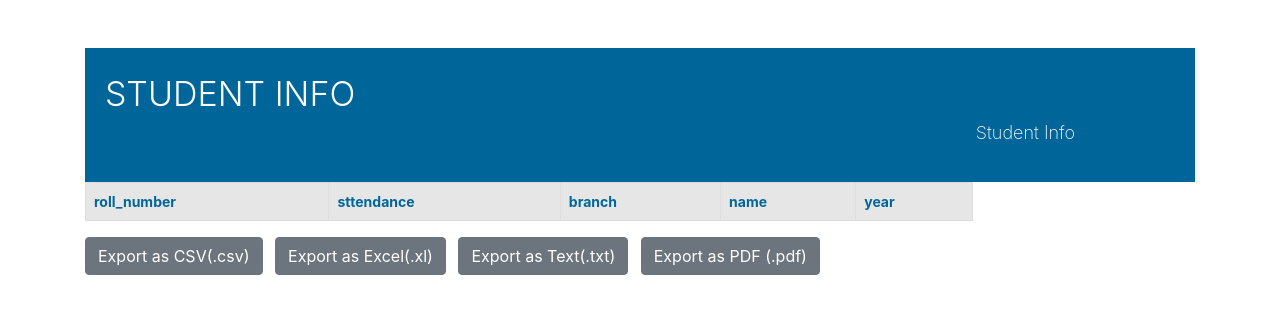
Repository: supranshu/CrystalReportGenerator
Page: http://localhost/produce_report
The author's editor kept a copy of each file at every save. The page is drawn from the files as they stood at one save, then again after the next save.
The browser window is 1280 px wide. The pictures show the whole page.
The page is this project's Thymeleaf template; nobody is signed in. The template is opened directly, without the code that normally fills it, so the values that code supplies are empty.

Above is the page before, as saved 2023-08-07 12:47:06.

### com.report/src/main/resources/templates/produce_report.html
<!DOCTYPE html>
<html xmlns:th="http://www.thymeleaf.org">
<head>
    <meta charset="UTF-8">
    <title>Produce Report</title>
    <link rel="stylesheet" href="https://maxcdn.bootstrapcdn.com/bootstrap/4.5.2/css/bootstrap.min.css">
    <style>
        /* Apply CSS styles here to mimic the appearance of the JRXML table */
        /* You can use inline styles or link to an external CSS file */
        /* Example styles to get you started */
        table {
            border-collapse: collapse;
            width: 80%;


        }
        th, td {
            padding: 8px;
            text-align: left;
            border: 1px solid #ddd;
        }
        th {
            font-size: 14px;
            font-weight: bold;
            background-color: #E6E6E6;
            color: #006699;

        }
        td {
            font-size: 14px;
            font-weight: 500;
        }

        .page-header {
            background-color: #006699;
            color: #FFFFFF;
            text-align: left;
            font-size: 34px;
            font-weight: 300;
            padding: 20px;
        }
        .page-header p{
        	text-align: right;
        	font-size: 18px;
        	font-weight: 150;
        	margin-right:100px;
        }
    </style>

</head>

<body>
    <div class="container mt-5">
        <div class="page-header">
	        STUDENT INFO
	        <p>Student Info</p>
	    </div>

		    <table>
		        <thead>
		            <tr>
		                <th>roll_number</th>
		                <th>sttendance</th>
		                <th>branch</th>
		                <th>name</th>
		                <th>year</th>
		            </tr>
		        </thead>
		        <tbody>
		            <!-- Loop through students and generate table rows -->
		            <tr th:each="student : ${students}">
		                <td th:text="${student.rollNumber}">Roll Number</td>
		                <td th:text="${student.attendance}">Attendance</td>
		                <td th:text="${student.branch}">Branch</td>
		                <td th:text="${student.name}">Name</td>
		                <td th:text="${student.year}">Year</td>
		            </tr>
		        </tbody>
		    </table>









        <div class="mt-3">
            <a class="btn btn-secondary mr-2" th:href="@{/export/csv(year=${year}, branch=${branch})}" target="_blank">Export as CSV(.csv)</a>
            <a class="btn btn-secondary mr-2" th:href="@{/export/excel(year=${year}, branch=${branch})}" target="_blank">Export as Excel(.xl)</a>
            <a class="btn btn-secondary mr-2" th:href="@{/export/notepad(year=${year}, branch=${branch})}" target="_blank">Export as Text(.txt)</a>
            <a class="btn btn-secondary" th:href="@{/export/pdf(year=${year}, branch=${branch})}" target="_blank">Export as PDF (.pdf)</a>
        </div>
    </div>


</body>
</html>

After the next save:
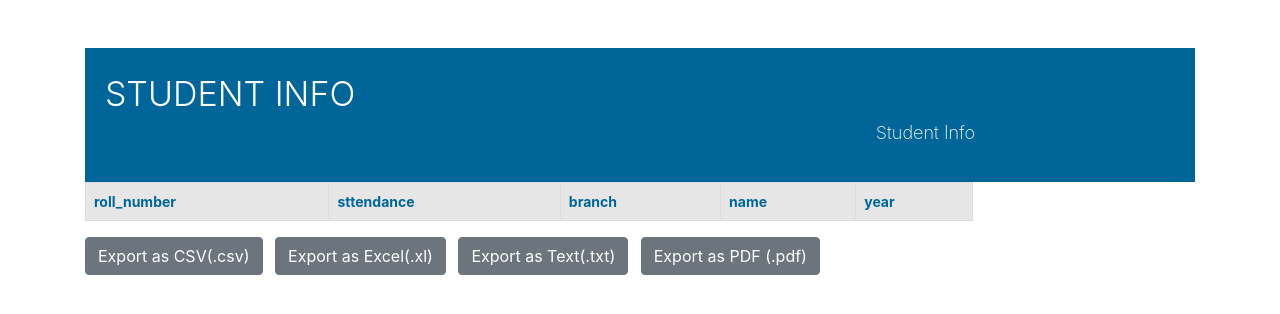
Saved 11 s later.
--- a/com.report/src/main/resources/templates/produce_report.html
+++ b/com.report/src/main/resources/templates/produce_report.html
@@ -43,7 +43,7 @@
         	text-align: right;
         	font-size: 18px;
         	font-weight: 150;
-        	margin-right:100px;
+        	margin-right:200px;
         }
     </style>
 
